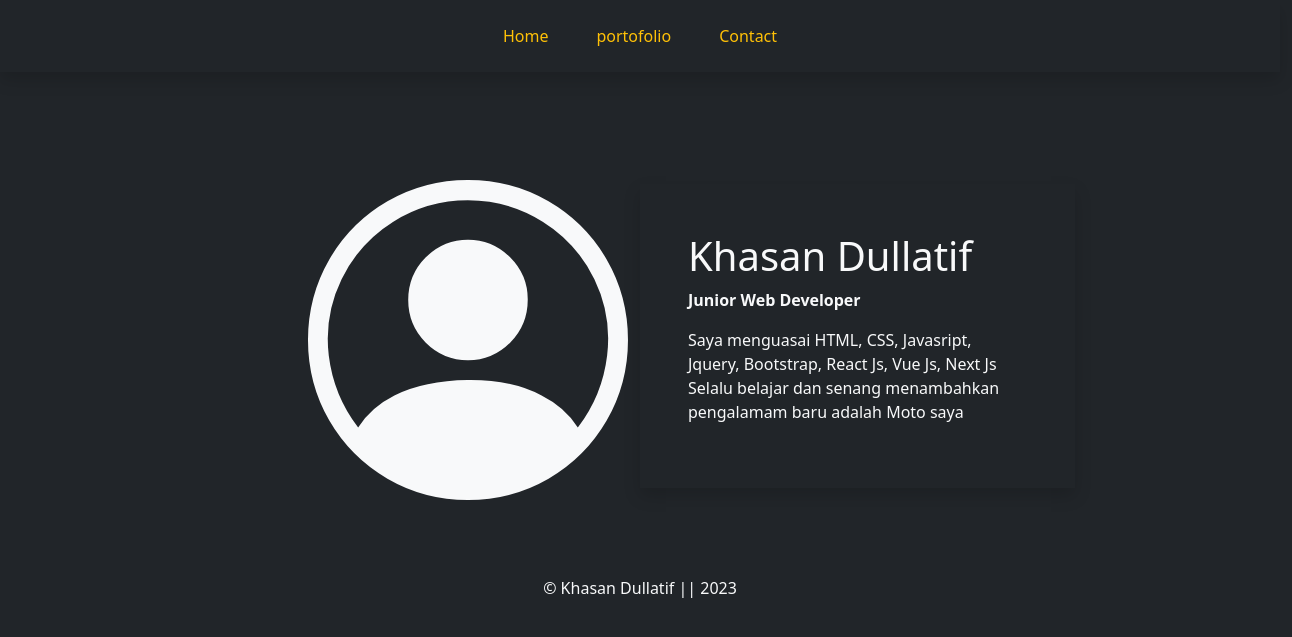
Repository: AHSANS354/MSIB5-Mini-Project
Page: http://localhost/admin/about.php
An editor plug-in stored every save of this project. The page is shown before and after the next save, followed by the edit.
The browser window is 1280 px wide. The page is 1292 px wide, so the pictures cover 1292 px, including what lies to the right of the window. The pictures show the whole page.
The page is run by PHP 8.4 with error messages shown; the project is at /var/www/html/.

Above is the page before, as saved 2023-10-04 23:25:34.

### admin/about.php
<!DOCTYPE html>
<html lang="en">
  <head>
    <meta charset="utf-8" />
    <meta name="viewport" content="width=device-width, initial-scale=1" />
    <title>Tugas PHP 1</title>
    <link href="https://cdn.jsdelivr.net/npm/bootstrap@5.3.2/dist/css/bootstrap.min.css" rel="stylesheet" integrity="sha384-T3c6CoIi6uLrA9TneNEoa7RxnatzjcDSCmG1MXxSR1GAsXEV/Dwwykc2MPK8M2HN" crossorigin="anonymous" />
    <link rel="stylesheet" href="https://cdn.jsdelivr.net/npm/bootstrap-icons@1.11.1/font/bootstrap-icons.css" />
  </head>
  <?php
  $home = 'Home';
  $porto = 'portofolio';
  $kontak = 'Contact';
  $nama = 'Khasan Dullatif';
  $pekerjaan = 'Junior Web Developer';
  $foter = 'Khasan Dullatif || 2023';
  $konten = "Saya menguasai HTML, CSS, Javasript, Jquery, Bootstrap, React Js, Vue Js, Next Js <br />
  Selalu belajar dan senang menambahkan pengalamam baru adalah Moto saya"
  ?>
  <body class="bg-dark">
    <div class="home">
      <div class="row">
        <ul class="nav fixed-top justify-content-center bg-dark p-3 gap-3 shadow">
          <li class="nav-item">
            <a class="nav-link text-warning" href="home.php"><?= $home?></a>
          </li>
          <li class="nav-item">
            <a class="nav-link text-warning" href="portofolio.php"><?= $porto ?></a>
          </li>
          <li class="nav-item">
            <a class="nav-link text-warning" href="contact.php"><?= $kontak ?></a>
          </li>
        </ul>
      </div>
      <div class="row mt-5 pt-5 d-flex align-items-center">
        <div class="col-6 d-flex justify-content-end">
          <i class="bi bi-person-circle text-light" style="font-size: 20rem"></i>
        </div>
        <div class="col-4 shadow p-5 text-light">
          <h1><?= $nama ?></h1>
          <p><strong><?= $pekerjaan ?></strong></p>
          <p>
            <?= $konten ?>
          </p>
        </div>
      </div>
    </div>
    <footer class="footer text-light text-center">&copy; <?= $foter ?></footer>
    <script src="https://cdn.jsdelivr.net/npm/bootstrap@5.3.2/dist/js/bootstrap.bundle.min.js" integrity="sha384-C6RzsynM9kWDrMNeT87bh95OGNyZPhcTNXj1NW7RuBCsyN/o0jlpcV8Qyq46cDfL" crossorigin="anonymous"></script>
  </body>
</html>

After the next save:
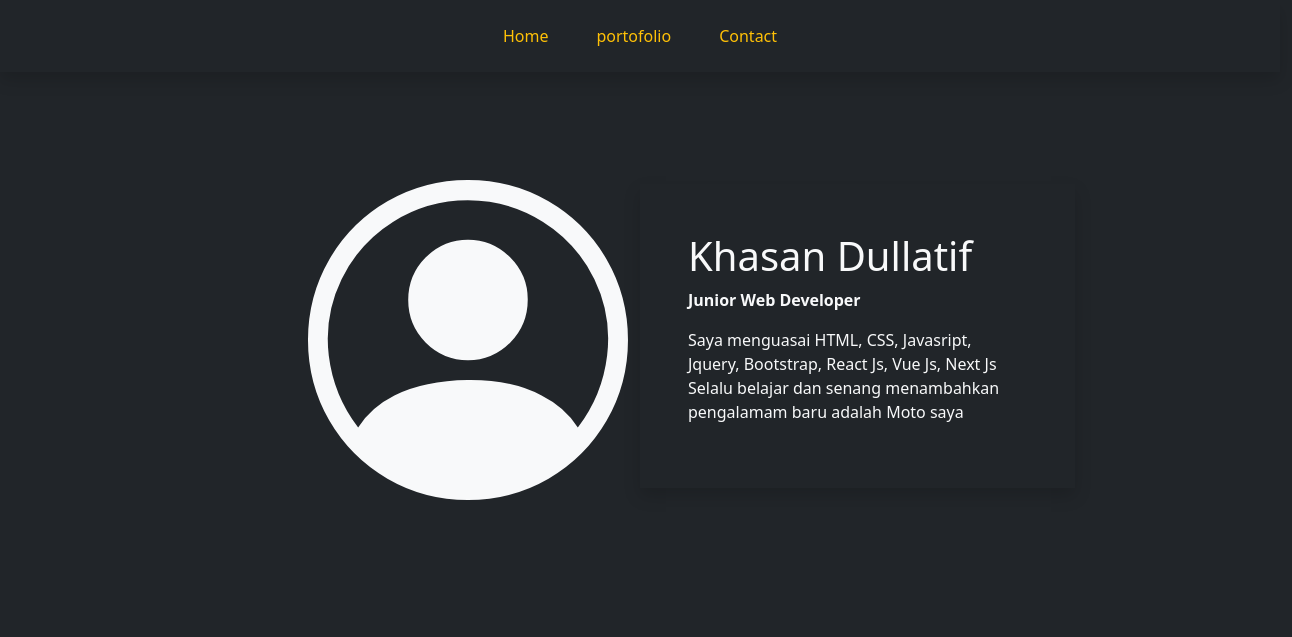
Saved 16 s later.
--- a/admin/about.php
+++ b/admin/about.php
@@ -45,7 +45,6 @@
         </div>
       </div>
     </div>
-    <footer class="footer text-light text-center">&copy; <?= $foter ?></footer>
     <script src="https://cdn.jsdelivr.net/npm/bootstrap@5.3.2/dist/js/bootstrap.bundle.min.js" integrity="sha384-C6RzsynM9kWDrMNeT87bh95OGNyZPhcTNXj1NW7RuBCsyN/o0jlpcV8Qyq46cDfL" crossorigin="anonymous"></script>
   </body>
 </html>
